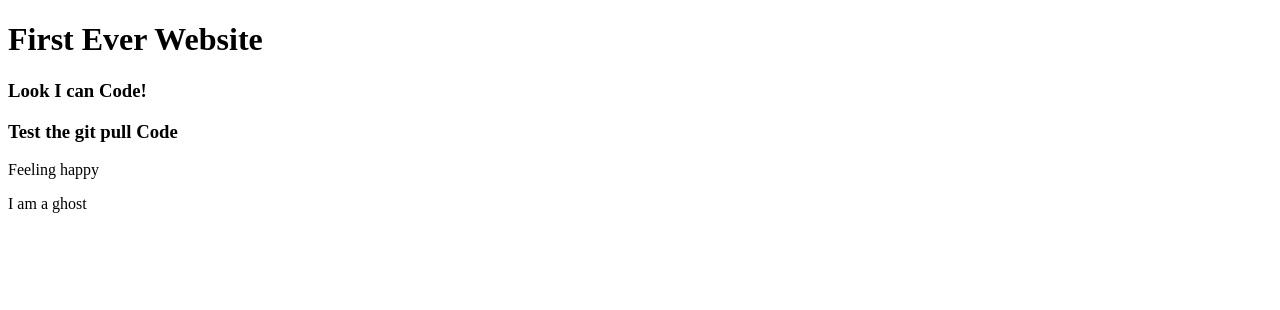
Repository: mohsinfarabi/first-website
Page: index.html
An editor plug-in stored every save of this project. The page is shown before and after the next save, followed by the edit.
The browser window is 1280 px wide. The pictures show the whole page.

Above is the page before, as saved 2020-06-28 19:58:23.

After the next save:
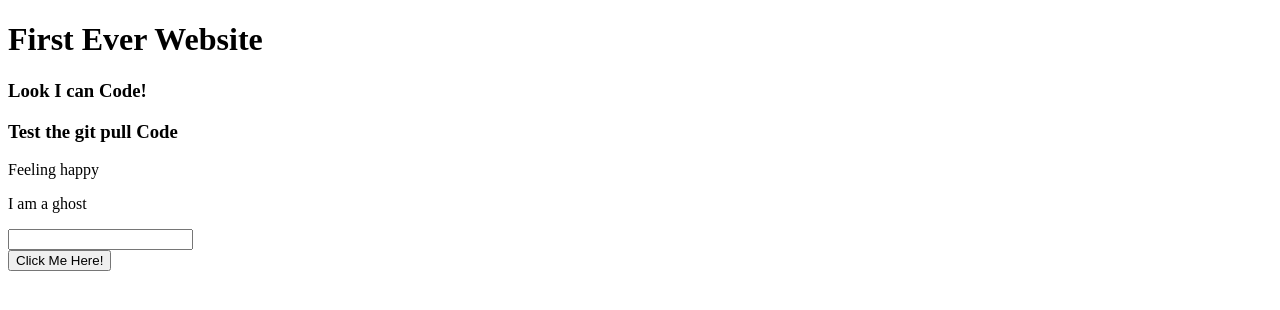
Saved 76 min 40 s later.
--- a/index.html
+++ b/index.html
@@ -13,6 +13,9 @@
     <h3>Test the git pull Code</h3>
     <p>Feeling happy</p>
     <p>I am a ghost</p>
+    <input type="text">
+    <br>
+    <button>Click Me Here!</button>
 </body>
 
 </html>
